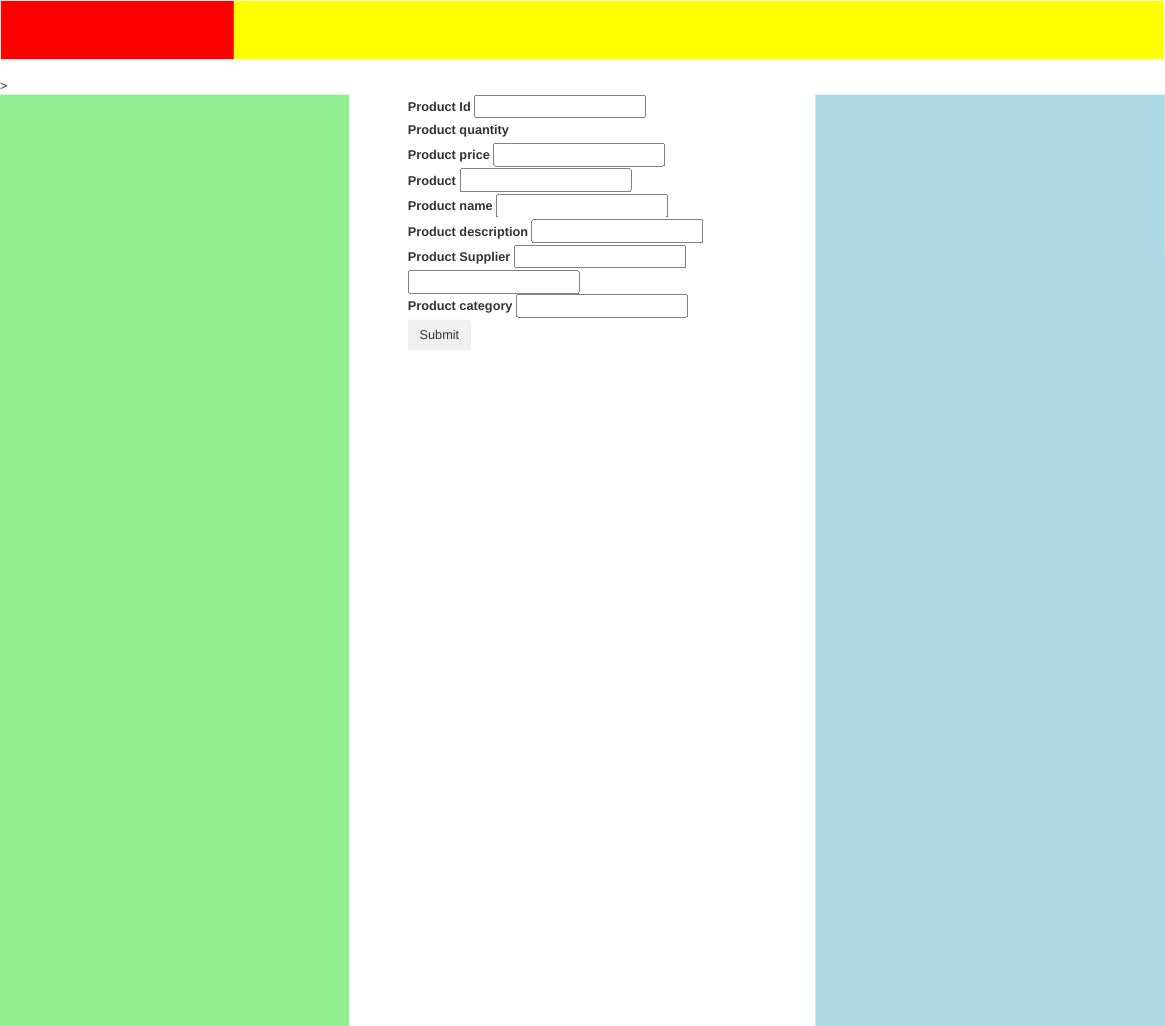
Repository: fazilahmed/crudoperations
Page: http://localhost/frontend/WEB-INF/my pages/product.jsp
The author's editor kept a copy of each file at every save. The page is drawn from the files as they stood at one save, then again after the next save.
The browser window is 1280 px wide. The pictures show the whole page, at 91% of full size.
The page is served by Tomcat 9. Nobody is signed in. The template is opened directly, without the code that normally fills it, so the values that code supplies are empty.

Above is the page before, as saved 2018-04-01 06:56:06.

After the next save:
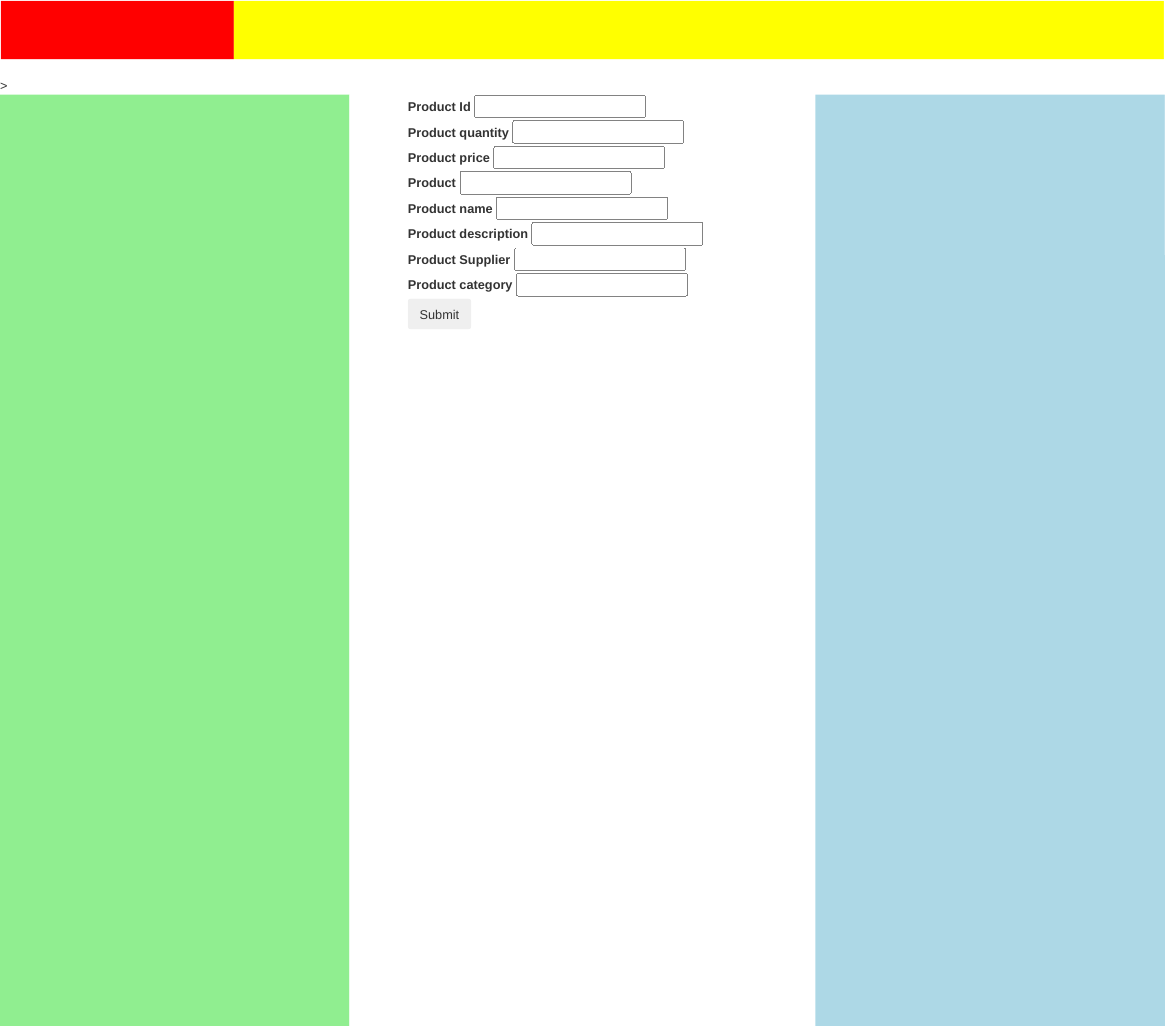
Saved 1 s later.
--- a/frontend/src/main/webapp/WEB-INF/my pages/product.jsp
+++ b/frontend/src/main/webapp/WEB-INF/my pages/product.jsp
@@ -61,7 +61,7 @@
 
 </div>
 <div class="middlecontent">
-<form:form class="signupform" modelAttribute="userModelAgent" action="signup">
+<form:form class="signupform" modelAttribute="productModelAgent" action="addproduct">
 
 
 <label>Product Id</label>
@@ -69,26 +69,26 @@
 
 <br>
 <label>Product quantity</label>
+<form:input type="number" path="productQuantity"></form:input>
 <br>
 <label>Product price</label>
-<form:input type="password" path="userConfirmPassword"></form:input>
+<form:input type="number" path="productPrice"></form:input>
 <br>
 <label>Product</label>
-<form:input type="email" path="userEmail"></form:input>
+<form:input type="text" path="product"></form:input>
 <br>
 <label>Product name</label>
-<form:input type="text" path="userCity"></form:input>
+<form:input type="text" path="productName"></form:input>
 
 <br>
 <label>Product description</label>
-<form:input type="text" path="userAddress"></form:input>
+<form:input type="text area" path="productDescription"></form:input>
 <br>
 <label>Product Supplier</label>
-<form:input type="text" path="userAge"></form:input>
-<input type="text">
+<form:input type="text" path="productSuplier"></form:input>
 <br>
 <label>Product category</label>
-<form:input type="text" path="userContact"></form:input>
+<form:input type="text" path="productCategory"></form:input>
 <br>
 <input type="submit" class="btn btn-submit">
 </form:form>
